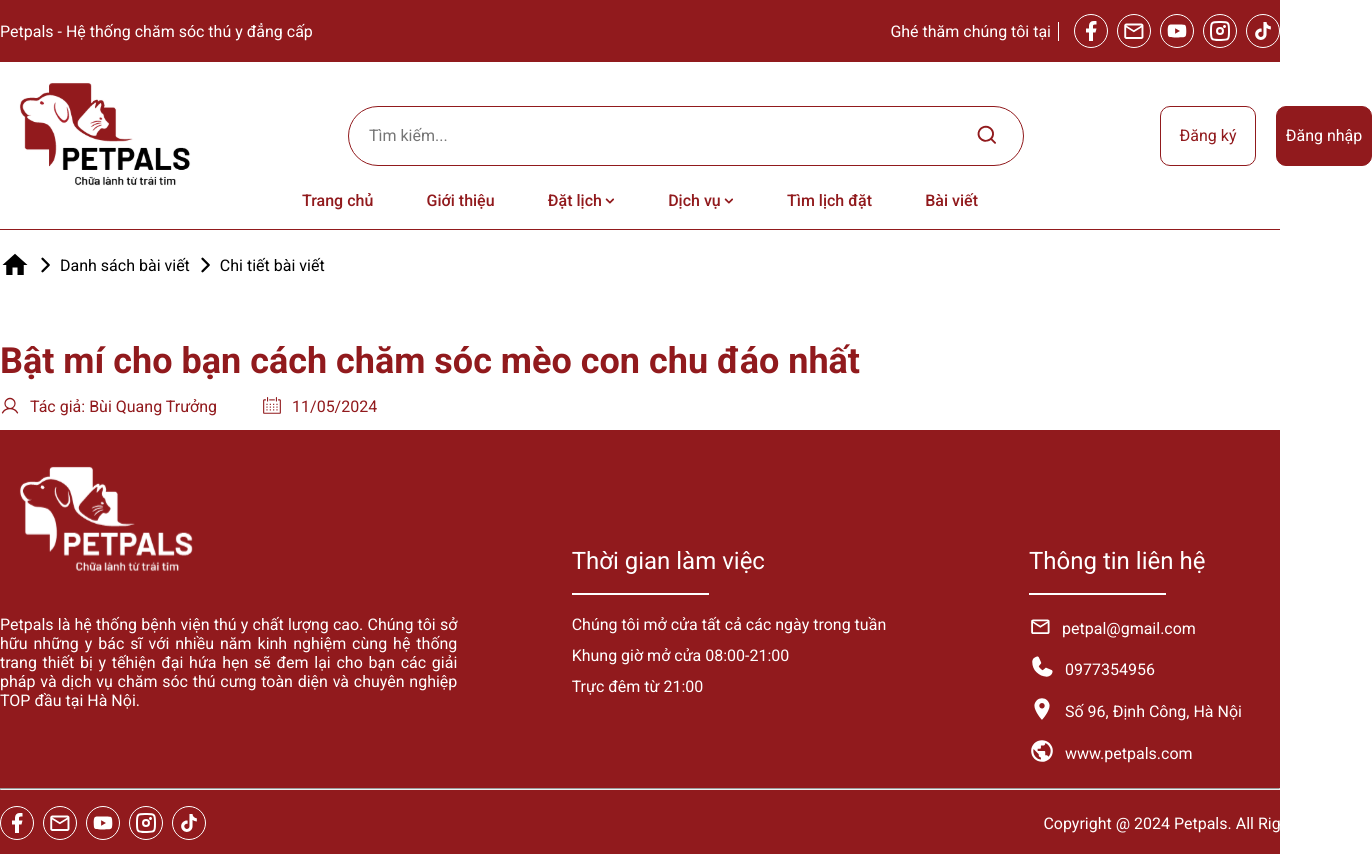
Repository: ahntrung1909/Petpals
Page: /danh-sach-bai-viet/chi-tiet-bai-viet (app in petpals-user-main/)
An editor plug-in stored every save of this project. The page is shown before and after the next save, followed by the edit.
The browser window is 1280 px wide. The page is 1372 px wide, so the pictures cover 1372 px, including what lies to the right of the window. The pictures show the whole page.
The project was rebuilt for these pictures with package versions that can differ from the ones it lists, and the page was loaded fresh each time. The framework's server and built-in components were replaced by stand-ins that run in the browser. Also part of the build but not shown: petpals-user-main/next.config.js, petpals-user-main/next.config.mjs.

Above is the page before, as saved 2024-04-14 17:41:07.

### petpals-user-main/src/app/layout.js
import { Footer } from "@/components/Footer/Footer";
import "./global.scss";
import { Header } from "@/components/Header/Header";
import { ToastContainer } from "react-toastify";
import "react-toastify/dist/ReactToastify.css";
import { Button, ConfigProvider, Space } from "antd";

export const metadata = {
  title: "Petpals - Chữa lành từ trái tim",
  description: "Petpals",
};

export default function RootLayout({ children }) {
  return (
    <html lang="en">
      <body>
        <Header />
        <ToastContainer />
        <ConfigProvider
          theme={{
            token: {
              colorPrimary: "#911A1D",
              fontFamily: "Roboto",
            },
            components: {
              DatePicker: {
                inputFontSize: 16,
              },
              Menu: {
                itemBg: "transparent",
                subMenuItemBg: "transparent",
                activeBarBorderWidth: 0,
                itemSelectedBg: "rgba(145, 26, 29, 0.05)",
                itemBorderRadius: 0,
              },
            },
          }}
        >
          {children}
        </ConfigProvider>
        <Footer />
      </body>
    </html>
  );
}

### petpals-user-main/src/app/danh-sach-bai-viet/chi-tiet-bai-viet/page.js
import React from "react";
import "./style.scss";

export default function page() {
  return (
    <main>
      <div className="breadcrumb">
        <img src="/icon/ic_baseline-home.svg" alt="" />
        <img src="/icon/iconamoon_arrow-right-2.svg" alt="" />
        <p>Danh sách bài viết</p>
        <img src="/icon/iconamoon_arrow-right-2.svg" alt="" />
        <p>Chi tiết bài viết</p>
      </div>
      <div className="article-section">
        <div className="article-section-left">
          <h1 className="article-title">
            Bật mí cho bạn cách chăm sóc mèo con chu đáo nhất
          </h1>
          <div className="article-author-time">
            <div className="article-item">
              <img src="/icon/ph_user.svg" alt="" />
              <p>Tác giả: Bùi Quang Trưởng</p>
            </div>
            <div className="article-item">
              <img src="/icon/clarity_date-line.svg" alt="" />
              <p>11/05/2024</p>
            </div>
          </div>
        </div>
      </div>
    </main>
  );
}

### petpals-user-main/src/components/Footer/Footer.js
import { Socialicon } from "../Socialicon/Socialicon";
import "./style.scss";
export const Footer = () => {
  return (
    <footer>
      <div className="row row-1">
        <div className="logo">
          <img src="/img/logo_am_ban.svg" alt="" />
        </div>
        <div className="working-time">Thời gian làm việc</div>
        <div className=" contact-info">Thông tin liên hệ</div>
      </div>
      <div className="row">
        <div className="about">
          Petpals là hệ thống bệnh viện thú y chất lượng cao. Chúng tôi sở hữu
          những y bác sĩ với nhiều năm kinh nghiệm cùng hệ thống trang thiết bị
          y tếhiện đại hứa hẹn sẽ đem lại cho bạn các giải pháp và dịch vụ chăm
          sóc thú cưng toàn diện và chuyên nghiệp TOP đầu tại Hà Nội.
        </div>
        <ul className="working-time-more">
          <li>Chúng tôi mở cửa tất cả các ngày trong tuần</li>
          <li>Khung giờ mở cửa 08:00-21:00</li>
          <li>Trực đêm từ 21:00</li>
        </ul>
        <ul className="contact-info-more">
          <li className="contact-item">
            <span>
              <img src="/icon/material-symbols_mail-outline.svg" alt="" />
            </span>
            petpal@gmail.com
          </li>
          <li className="contact-item">
            <span>
              <img src="/icon/ph_phone-fill.svg" alt="" />
            </span>
            0977354956
          </li>
          <li className="contact-item">
            <span>
              <img src="/icon/mdi_location.svg" alt="" />
            </span>
            Số 96, Định Công, Hà Nội
          </li>
          <li className="contact-item">
            <span>
              <img src="/icon/mdi_earth.svg" alt="" />
            </span>
            www.petpals.com
          </li>
        </ul>
      </div>
      <hr />
      <div className="footer-bottom">
        <Socialicon />
        <div>Copyright @ 2024 Petpals. All Rights Reverved</div>
      </div>
    </footer>
  );
};

### petpals-user-main/src/app/global.scss
@import url("https://fonts.googleapis.com/css2?family=Roboto:ital,wght@0,100;0,300;0,400;0,500;0,700;0,900;1,100;1,300;1,400;1,500;1,700;1,900&display=swap");
@import "../style/variable";
* {
  padding: 0;
  margin: 0;
  box-sizing: border-box;
}
body {
  font-family: "Roboto", sans-serif;
  font-size: 16px;
}
a {
  text-decoration: none;
  color: black;
}
ul,
li {
  list-style: none;
}
input,
textarea {
  width: 100%;
  border: none;
  outline: none;
  font-family: "Roboto", sans-serif;
  font-size: 16px;
}
img {
  width: 100%;
}
button {
  font-family: "Roboto", sans-serif;
  font-size: 16px;
}
label {
  font-family: "Roboto", sans-serif;
  font-size: 16px;
}

// custom scroll bar
::-webkit-scrollbar-track {
  background-color: #f5f5f5;
}

::-webkit-scrollbar {
  width: 6px;
  height: 6px;
  background-color: #f5f5f5;
}

::-webkit-scrollbar-thumb {
  background-image: linear-gradient($BROWN_500, $RED_500);
  // border-radius: 10px;
}
::-webkit-scrollbar-thumb:horizontal {
  background-image: linear-gradient(to right, $BROWN_500, $RED_500);
  // border-radius: 10px;
}

### petpals-user-main/src/app/danh-sach-bai-viet/chi-tiet-bai-viet/style.scss
@import "../../../style/variable";
@import "../../../style/base";

.article-section {
  width: 1372px;
  margin: 0 auto;
  margin-top: 60px;
  display: flex;
  gap: 20px;
}
.article-section-left {
  width: 1025px;
  h1 {
    font-size: 36px;
    color: $BROWN_500;
    margin-bottom: 14px;
  }
  .article-author-time {
    display: flex;
    align-items: center;
    gap: 45px;
    margin-bottom: 14px;
    .article-item {
      display: flex;
      align-items: center;
      gap: 10px;
      img {
        width: 20px;
        height: 20px;
      }
      p {
        color: $BROWN_500;
      }
    }
  }
}

### petpals-user-main/src/components/Socialicon/Socialicon.js
import "./style.scss";
export const Socialicon = () => {
  return (
    <div className="list-social-icon">
      <div className="icon-item">
        <img src="/icon/ri_facebook-fill.svg" alt="icon-facebook" />
      </div>
      <div className="icon-item">
        <img src="/icon/material-symbols_mail-outline.svg" alt="icon-mail" />
      </div>
      <div className="icon-item">
        <img src="/icon/mdi_youtube.svg" alt="icon-youtube" />
      </div>
      <div className="icon-item">
        <img src="/icon/lets-icons_insta.svg" alt="icon-insta" />
      </div>
      <div className="icon-item">
        <img src="/icon/ic_baseline-tiktok.svg" alt="icon-tiktok" />
      </div>
    </div>
  );
};

### petpals-user-main/src/components/Footer/style.scss
@import "../../style/variable";
footer {
  display: block;
  width: 100vw;
  height: 424px;
  background-color: $BROWN_500;
  padding: 20px 0;
}
.row {
  width: 1372px;
  margin: 0 auto;
  display: grid;
  grid-template-columns: repeat(12, 1fr);
  row-gap: 20px;
  color: white;
  margin-bottom: 20px;
}
.row-1 {
  align-items: flex-end;
}
.logo {
  width: 214px;
  grid-column: 1/5;
}
.working-time {
  grid-column: 6/10;
  position: relative;
  font-size: 24px;
  padding-bottom: 20px;
  &::after {
    content: "";
    width: 137px;
    height: 2px;
    background-color: white;
    position: absolute;
    left: 0;
    bottom: 0;
  }
}
.contact-info {
  position: relative;
  grid-column: 10/13;
  font-size: 24px;
  padding-bottom: 20px;
  &::after {
    content: "";
    width: 137px;
    height: 2px;
    background-color: white;
    position: absolute;
    left: 0;
    bottom: 0;
  }
}
.about {
  grid-column: 1/5;
  text-align: justify;
}
.working-time-more {
  grid-column: 6/10;
  display: flex;
  flex-direction: column;
  gap: 12px;
}
.contact-info-more {
  grid-column: 10/13;
  display: flex;
  flex-direction: column;
  gap: 12px;
}
.contact-item {
  display: flex;
  gap: 10px;
  align-items: center;
}
.footer-bottom {
  width: 1372px;
  margin: 0 auto;
  margin-top: 16px;
  color: white;
  display: flex;
  align-items: center;
  justify-content: space-between;
}

### petpals-user-main/src/style/_variable.scss
$BROWN_50: rgb(244, 232, 232);
$BROWN_100: rgb(221, 184, 185);
$BROWN_200: rgb(204, 150, 151);
$BROWN_300: rgb(181, 102, 104);
$BROWN_400: rgb(167, 72, 74);
$BROWN_500: rgb(145, 26, 29);
$BROWN_600: rgb(132, 24, 26);
$BROWN_700: rgb(103, 18, 21);
$BROWN_800: rgb(80, 14, 16);
$BROWN_900: rgb(61, 11, 12);
$RED_50: rgb(255, 247, 247);
$RED_100: rgb(255, 230, 231);
$RED_200: rgb(255, 217, 219);
$RED_300: rgb(255, 200, 202);
$RED_400: rgb(255, 189, 192);
$RED_500: rgb(255, 173, 176);
$RED_600: rgb(232, 157, 160);
$RED_700: rgb(181, 123, 125);
$RED_800: rgb(140, 95, 97);
$RED_900: rgb(107, 73, 74);
$BROWN_DARK_50: rgb(236, 233, 233);
$BROWN_DARK_100: rgb(195, 186, 186);
$BROWN_DARK_200: rgb(165, 152, 152);
$BROWN_DARK_300: rgb(124, 105, 106);
$BROWN_DARK_400: rgb(99, 76, 77);
$BROWN_DARK_500: rgb(60, 31, 32);
$BROWN_DARK_600: rgb(55, 28, 29);
$BROWN_DARK_700: rgb(43, 22, 23);
$BROWN_DARK_800: rgb(33, 17, 18);
$BROWN_DARK_900: rgba(25, 13, 13, 0.2);

### petpals-user-main/src/components/Header/style.scss
@import "../../style/_variable";

header {
  height: 230px;
  border-bottom: 1px solid $BROWN_500;
}
div:has(.wrap):nth-child(1) {
  background-color: $BROWN_500;
  height: 62px;
  display: flex;
  align-items: center;
}
.wrap {
  width: 1372px;
  margin: 0 auto;
}
.top-header {
  display: flex;
  justify-content: space-between;
  align-items: center;
  color: white;
}
.social-connect {
  display: flex;
  align-items: center;
  gap: 15px;
}
.social-connect > p {
  padding: 0px 7px;
  border-right: 1px solid white;
}
div:has(.wrap):nth-child(2) {
  padding-top: 18px;
}
.main-header {
  display: flex;
  align-items: center;
  justify-content: space-between;
}
.petpals-logo {
  display: block;
  width: 211px;
  height: 111px;
}
.header-main-right {
  display: flex;
  width: 1024px;
  justify-content: space-between;
  align-items: center;
}
.search-input {
  display: flex;
  position: relative;

  input {
    width: 676px;
    height: 60px;
    padding: 0px 60px 0px 20px;
    border: 1px solid $BROWN_500;
    border-radius: 99px;
    display: flex;
    justify-content: center;
    align-items: center;
  }
  .icon-item {
    right: 20px;
    top: 50%;
    transform: translateY(-50%);
    position: absolute;
    cursor: pointer;
  }
}
.btn-group {
  display: flex;
  gap: 20px;
  text-align: center;
  .btn {
    display: flex;
    justify-content: center;
    align-items: center;
    width: 96px;
    height: 60px;
    border: 1px solid $BROWN_500;
    border-radius: 10px;
    color: $BROWN_500;
  }
  .btn:nth-child(1):hover {
    background-color: $BROWN_500;
    color: white;
  }
  .btn:nth-child(2) {
    color: white;
    background-color: $BROWN_500;
    &:hover {
      background-color: $BROWN_300;
    }
  }
}
.nav {
  display: flex;
  align-items: center;
  justify-content: space-between;
  width: 676px;
  margin: 0 auto;
  color: $BROWN_500;
  font-weight: 500;
  z-index: 99;

  &-item {
    display: flex;
    position: relative;
    align-items: center;
    cursor: pointer;
    padding-bottom: 8px;
    &.active > span,
    &.active > a {
      font-weight: 900;
    }
    &:hover .sub-nav:not(.nav-2) {
      display: flex;
    }
    span {
      display: flex;
      justify-content: center;
      align-items: center;
      color: $BROWN_500;
    }
    a {
      display: flex;
      justify-content: center;
      align-items: center;
      color: $BROWN_500;
      width: 100%;
      height: 100%;
    }
    &:hover > a {
      color: $RED_500;
    }
    &:hover > span {
      color: $RED_500;
    }
  }
}
.sub-nav {
  position: absolute;
  z-index: 99;
  top: 100%;
  left: 0;
  border-radius: 10px;
  box-shadow: 0 15px 15px 15px rgba(0, 0, 0, 0.05);
  box-shadow: 0 15px 15px rgba(0, 0, 0, 0.1);
  border: 0.5px solid rgba(0, 0, 0, 0.15);
  background-color: white;
  padding: 8px;
  display: none;
  flex-direction: column;
  gap: 8px;
  &.nav-2 {
    position: absolute;
    top: 0;
    left: 100%;
    transform: translate(8px, -8px);
    display: none;
  }
  &-item {
    position: relative;
    display: flex;
    align-items: center;
    justify-content: space-between;
    &::after {
      content: "";
      width: 8px;
      height: 100%;
      position: absolute;
      top: 0;
      right: -8px;
    }
    &:hover {
      background-color: rgba(0, 0, 0, 0.05);
    }
    &:hover .sub-nav.nav-2 {
      display: flex;
    }
    a {
      width: 100%;
      height: 100%;
      display: flex;
      justify-content: left;
      padding: 12px 16px;
    }
    span {
      padding: 12px 16px;
    }
    &-active > span,
    &-active > a {
      font-weight: 600;
    }
  }
}
.user-login-controller {
  display: flex;
  align-items: center;
  gap: 8px;
  cursor: pointer;
  position: relative;

  &:hover .sub-nav {
    display: flex;
    left: inherit;
    right: 0;
  }
  .user-img {
    width: 56px;
    height: 56px;
    img {
      border-radius: 50%;
    }
  }
}
.icon-bell {
  width: 30px;
  height: 30px;
  position: relative;
  .number-bell {
    position: absolute;
    top: 0;
    right: 0;
    transform: translate(36%, -30%);
    width: 20px;
    height: 20px;
    font-size: 12px;
    font-weight: 500;
    color: white;
    display: flex;
    justify-content: center;
    align-items: center;
    background-color: $RED_500;
    border-radius: 50%;
  }
  .menu-bell {
    display: none;
    position: absolute;
    right: 0;
    bottom: -20px;
    transform: translateY(100%);
    background-color: white;
    width: 554px;
    height: 468px;
    padding: 20px;
    border-radius: 10px;
    z-index: 99;
    box-shadow: 0 0 8px 4px rgba(0, 0, 0, 0.2);
    &.menu-bell-active {
      display: block;
    }
    ::after {
      content: "";
      width: 20px;
      height: 20px;
      background-color: white;
      position: absolute;
      right: 14px;
      top: 0;
      transform: translate(0, -50%);
      rotate: 45deg;
    }
    h3 {
      text-transform: uppercase;
      color: $BROWN_500;
      font-size: 22px;
      margin-bottom: 10px;
    }
    .menu-item {
      display: flex;
      flex-direction: column;
      gap: 10px;
      padding: 8px 0;
      border-bottom: 1px solid rgba(0, 0, 0, 0.25);
      &:hover {
        background-color: $BROWN_50;
      }
      .content {
        font-size: 20px;
      }
      .time {
        font-size: 12px;
      }
      span {
        text-align: left;
        padding: 0 8px;
      }
    }
    .container {
      height: 400px;
      overflow: scroll;
    }
  }
  .overlay {
    display: none;
    position: fixed;
    width: 100vw;
    height: 100vh;
    inset: 0;
    z-index: 20;
    background-color: rgba(0, 0, 0, 0.25);
    cursor: pointer;
    &.overlay-active {
      display: block;
    }
  }
}

### petpals-user-main/src/style/_base.scss
.section-heading {
  width: fit-content;
  margin: 60px auto;
  color: $BROWN_500;
  position: relative;
  font-size: 24px;
  font-weight: 800;
  text-transform: uppercase;
  &::after {
    content: "";
    width: 80%;
    height: 3px;
    position: absolute;
    bottom: -16px;
    left: 50%;
    transform: translateX(-50%);
    background-color: $BROWN_500;
  }
}
.breadcrumb {
  width: 1372px;
  margin: 0 auto;
  display: flex;
  align-items: center;
  padding-top: 20px;
  img {
    width: 30px;
    height: 30px;
  }
}

### petpals-user-main/src/components/Socialicon/style.scss
.list-social-icon {
  display: flex;
  gap: 9px;
}
.icon-item {
  width: 34px;
  height: 34px;
  border: 1px solid white;
  padding: 4px;
  border-radius: 99px;
  display: flex;
  justify-content: center;
  align-items: center;
}

Loaded but not shown: petpals-user-main/src/components/Header/Header.js (334 lines, source omitted)

After the next save:
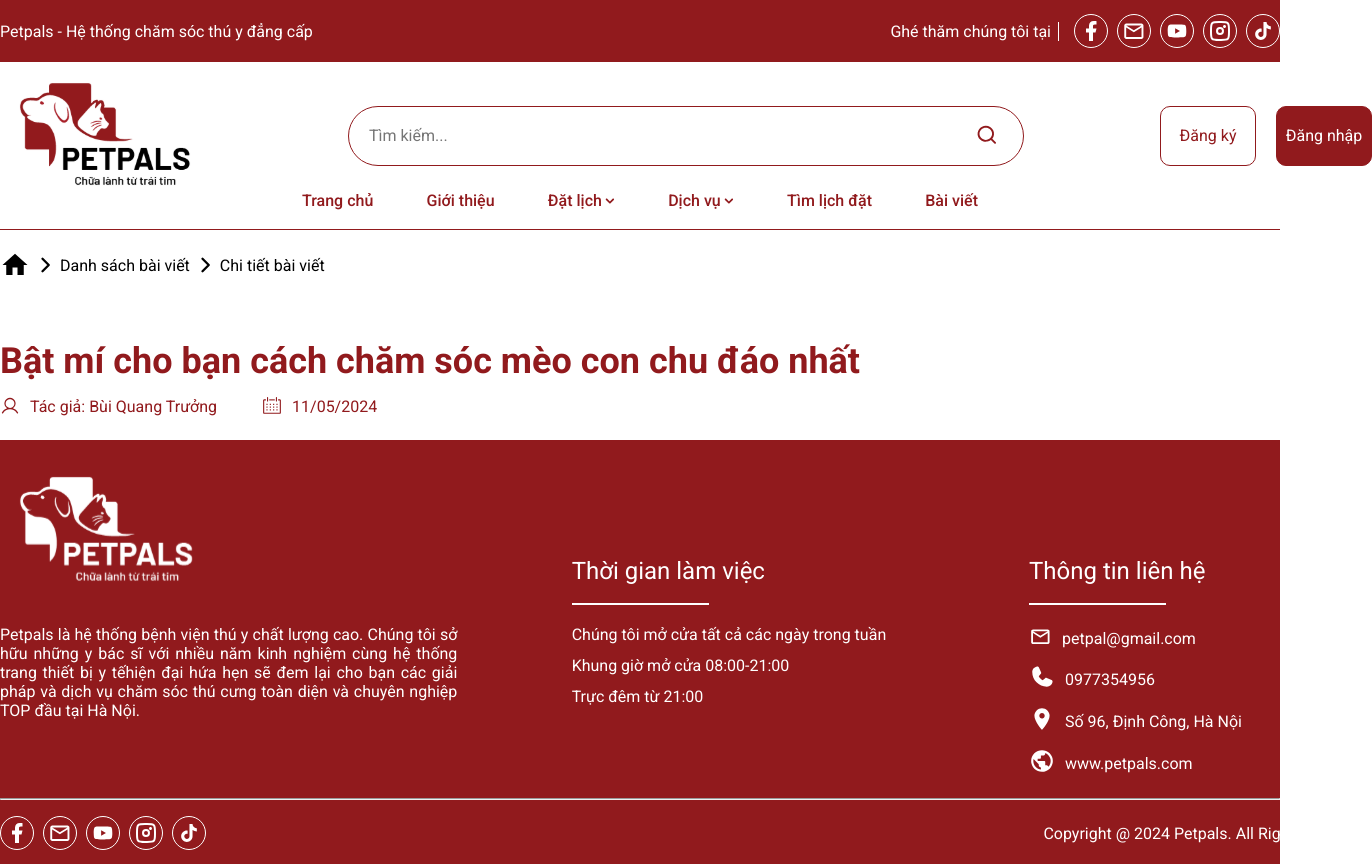
Saved 5 s later.
--- a/petpals-user-main/src/app/danh-sach-bai-viet/chi-tiet-bai-viet/style.scss
+++ b/petpals-user-main/src/app/danh-sach-bai-viet/chi-tiet-bai-viet/style.scss
@@ -19,7 +19,7 @@
     display: flex;
     align-items: center;
     gap: 45px;
-    margin-bottom: 14px;
+    margin-bottom: 24px;
     .article-item {
       display: flex;
       align-items: center;
